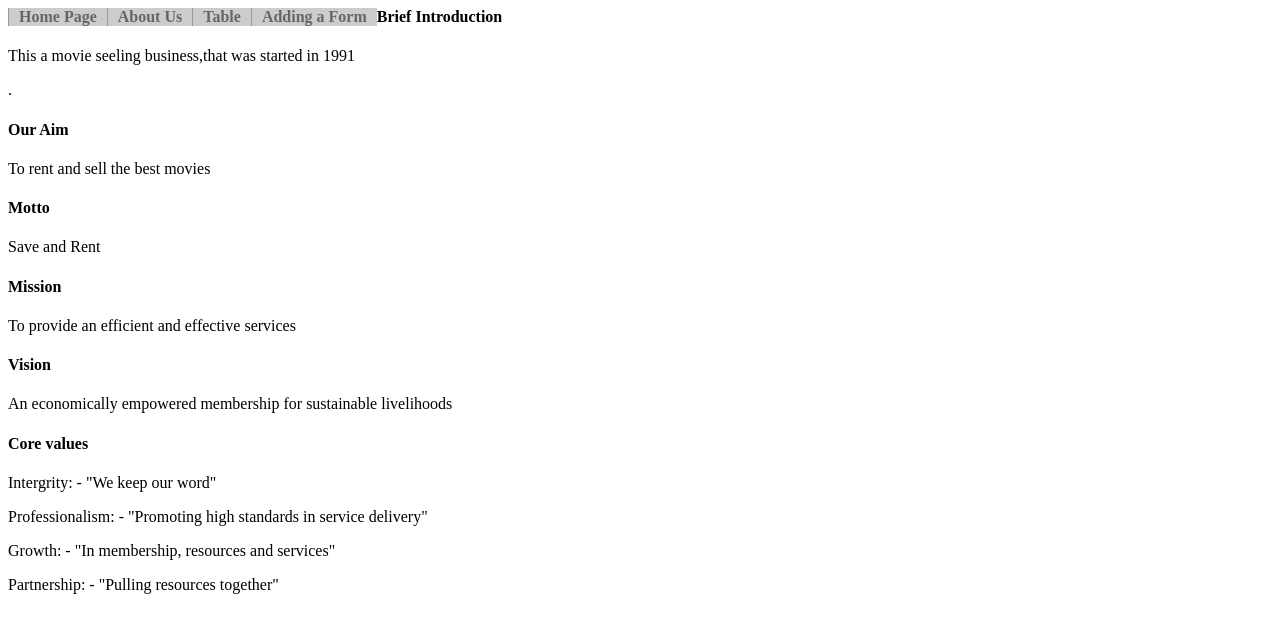
Repository: nellyk/Thephpsite
Page: http://localhost/
The author's editor kept a record of every edit. The page is drawn from the files as they stood at one moment, then again after the next edit.
The browser window is 1280 px wide. The pictures show the whole page.
The page is run by PHP 8.4 with error messages shown; the project is at /var/www/html/.

Above is the page before.

After the next edit:
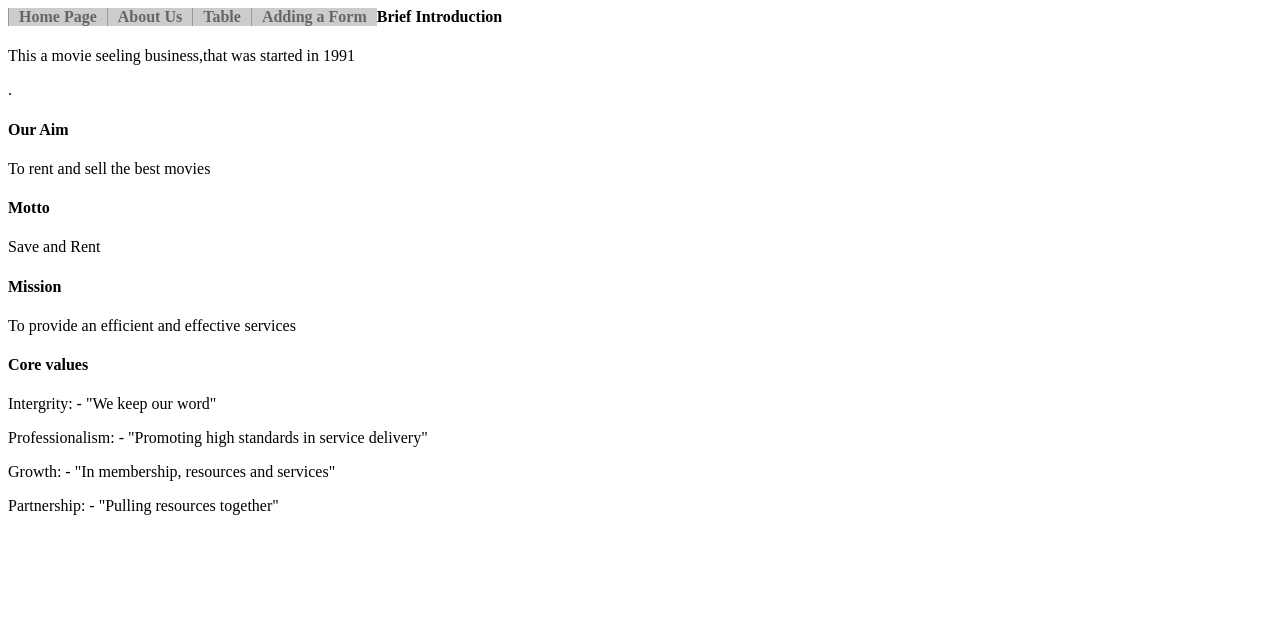
The edit:
--- a/index.php
+++ b/index.php
@@ -20,8 +20,6 @@
 <p>Save and Rent</p>
 <h4>Mission</h4>
 <p>To provide an efficient and effective services</p>
-<h4>Vision</h4>
-<p>An economically empowered membership for sustainable livelihoods</p>
 <h4>Core values</h4>
 <p>Intergrity: - &quot;We keep our word&quot;</p>
 <p>Professionalism: - &quot;Promoting high standards in service delivery&quot;</p>
